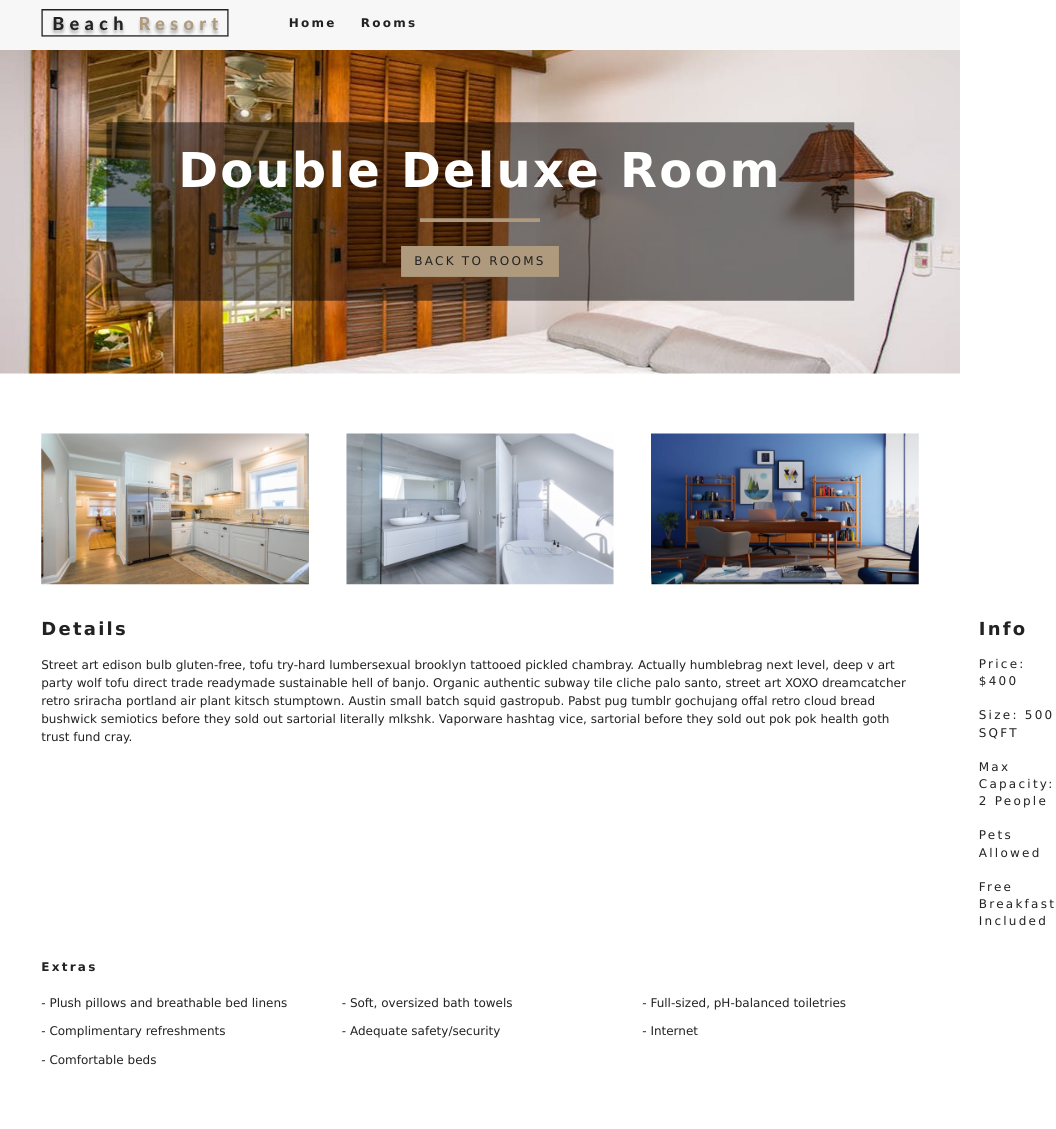
Repository: thanhn379/react-beach-resort
Page: /rooms/double-deluxe
These files come from the project's save history. The page is drawn as it stood at one moment and after the next save; the edit follows.
The browser window is 1280 px wide. The page is 1408 px wide, then 1280 px, so the pictures cover 1408 px, including what lies to the right of the window. The pictures show the whole page, at 75% of full size.
The project was rebuilt for these pictures with package versions that can differ from the ones it lists, and the page was loaded fresh each time. Also part of the build but not shown: src/components/Hero.js, src/components/Title.js, src/components/Services.js, src/components/Loading.js, src/components/Room.js, src/components/FeaturedRooms.js, src/pages/Home.js, src/pages/Rooms.js and 1 more.

Above is the page before, as saved 2019-11-16 07:50:10.

### public/index.html
<!DOCTYPE html>
<html lang="en">
  <head>
    <meta charset="utf-8" />
    <link rel="icon" href="%PUBLIC_URL%/favicon.ico" />
    <meta name="viewport" content="width=device-width, initial-scale=1" />
    <meta name="theme-color" content="#000000" />
    <meta
      name="description"
      content="Web site created using create-react-app"
    />
    <link rel="apple-touch-icon" href="logo192.png" />
    <!--
      manifest.json provides metadata used when your web app is installed on a
      user's mobile device or desktop. See https://developers.google.com/web/fundamentals/web-app-manifest/
    -->
    <link rel="manifest" href="%PUBLIC_URL%/manifest.json" />
    <!--
      Notice the use of %PUBLIC_URL% in the tags above.
      It will be replaced with the URL of the `public` folder during the build.
      Only files inside the `public` folder can be referenced from the HTML.

      Unlike "/favicon.ico" or "favicon.ico", "%PUBLIC_URL%/favicon.ico" will
      work correctly both with client-side routing and a non-root public URL.
      Learn how to configure a non-root public URL by running `npm run build`.
    -->
    <title>Resort recording</title>
  </head>
  <body>
    <noscript>You need to enable JavaScript to run this app.</noscript>
    <div id="root"></div>
    <!--
      This HTML file is a template.
      If you open it directly in the browser, you will see an empty page.

      You can add webfonts, meta tags, or analytics to this file.
      The build step will place the bundled scripts into the <body> tag.

      To begin the development, run `npm start` or `yarn start`.
      To create a production bundle, use `npm run build` or `yarn build`.
    -->
  </body>
</html>

### src/index.js
import React from "react";
import ReactDOM from "react-dom";
import { BrowserRouter as Router } from "react-router-dom";
// import './index.css';
import App from "./App";
import * as serviceWorker from "./serviceWorker";
import { RoomProvider } from "./context";

ReactDOM.render(
  <RoomProvider>
    <Router>
      <App />
    </Router>
  </RoomProvider>,
  document.getElementById("root")
);

// If you want your app to work offline and load faster, you can change
// unregister() to register() below. Note this comes with some pitfalls.
// Learn more about service workers: https://bit.ly/CRA-PWA
serviceWorker.unregister();

### src/App.js
import React from "react";
import "./App.css";

import NavBar from "./components/NavBar";

import Home from "./pages/Home";
import Rooms from "./pages/Rooms";
import SingleRoom from "./pages/SingleRoom";
import Error from "./pages/Error";

import { Route, Switch } from "react-router-dom";

function App() {
  return (
    <>
      <NavBar />
      <Switch>
        <Route exact path="/" component={Home} />
        <Route exact path="/rooms/" component={Rooms} />
        <Route exact path="/rooms/:slug/" component={SingleRoom} />
        <Route component={Error} />
      </Switch>
    </>
  );
}

export default App;

### src/context.js
import React, { Component } from "react";
import items from "./data";

const RoomContext = React.createContext();

class RoomProvider extends Component {
  state = { rooms: [], sortedRooms: [], featuredRooms: [], loading: true };

  //getData

  componentDidMount() {
    // this.getData
    let rooms = this.formatData(items);
    let featuredRooms = rooms.filter(room => room.featured === true);

    this.setState({ rooms, featuredRooms, sortedRooms: rooms, loading: false });
  }

  formatData(items) {
    let tempItems = items.map(item => {
      let id = item.sys.id;
      let images = item.fields.images.map(image => image.fields.file.url);

      let room = { ...item.fields, images, id };

      return room;
    });

    return tempItems;
  }

  getRoom = slug => {
    let tempRooms = [...this.state.rooms];
    const room = tempRooms.find(room => room.slug === slug);
    return room;
  };

  render() {
    return (
      <RoomContext.Provider value={{ ...this.state, getRoom: this.getRoom }}>
        {this.props.children}
      </RoomContext.Provider>
    );
  }
}

const RoomConsumer = RoomContext.Consumer;

export { RoomProvider, RoomConsumer, RoomContext };

### src/components/NavBar.js
import React, { Component } from "react";
import Logo from "../images/logo.svg";
import { FaAlignRight } from "react-icons/fa";
import { Link } from "react-router-dom";

export default class NavBar extends Component {
  state = {
    isOpen: false
  };
  handleToggle = () => {
    this.setState({ isOpen: !this.state.isOpen });
  };
  render() {
    return (
      <nav className="navbar">
        <div className="nav-center">
          <div className="nav-header">
            <Link to="/">
              <img src={Logo} alt="Beach Resort" />
            </Link>
            <button
              type="button"
              className="nav-btn"
              onClick={this.handleToggle}
            >
              <FaAlignRight className="nav-icon" />
            </button>
          </div>
          <ul
            className={this.state.isOpen ? "nav-links show-nav" : "nav-links"}
          >
            <li>
              <Link to="/">Home</Link>
            </li>
            <li>
              <Link to="/rooms">Rooms</Link>
            </li>
          </ul>
        </div>
      </nav>
    );
  }
}

### src/pages/SingleRoom.js
import React, { Component } from "react";
import defaultBcg from "../images/room-1.jpeg";
import Hero from "../components/Hero";
import Banner from "../components/Banner";
import { Link } from "react-router-dom";
import { RoomContext } from "../context";
import StyledHero from "../components/StyledHero";

export default class SingleRoom extends Component {
  constructor(props) {
    super(props);
    this.state = {
      slug: this.props.match.params.slug,
      defaultBcg
    };
  }

  static contextType = RoomContext;

  render() {
    const { getRoom } = this.context;
    let room = getRoom(this.state.slug);

    if (!room) {
      return (
        <div className="error">
          <h3>no search room could be found...</h3>
          <Link to="/rooms" className="btn-primary">
            back to rooms
          </Link>
        </div>
      );
    }

    const {
      name,
      description,
      capacity,
      size,
      price,
      extrasbreakfast,
      pets,
      breakfast,
      images,
      extras
    } = room;

    let [mainImg, ...defaultImg] = images;

    return (
      <>
        <StyledHero img={mainImg || this.state.defaultBcg}>
          <Banner title={`${name} room`}>
            <Link to="/rooms" className="btn-primary">
              back to rooms
            </Link>
          </Banner>
        </StyledHero>

        <section className="single-room">
          <div className="single-room-images">
            {defaultImg.map((item, index) => {
              return <img key={index} src={item} alt={name} />;
            })}
          </div>

          <div className="single-room-info">
            <article className="desc">
              <h3>details</h3>
              <p>{description}</p>
            </article>
            <article className="info">
              <h3>info</h3>
              <h6>price: ${price}</h6>
              <h6>size: {size} SQFT</h6>
              <h6>
                max capacity: {capacity} {capacity > 1 ? " People" : " Person"}
              </h6>
              <h6>{pets ? "pets allowed" : "no pets allowed"}</h6>
              <h6>{breakfast && "free breakfast included"}</h6>
            </article>
            <article className="room-extras">
              <h6>extras</h6>
              <ul className="extras">
                {extras.map((item, index) => {
                  return <li key={index}>- {item}</li>;
                })}
              </ul>
            </article>
          </div>
        </section>
      </>
    );
  }
}

Loaded but not shown: src/serviceWorker.js (common file); src/App.css (common file); src/components/Banner.js (common file); src/components/StyledHero.js (common file); src/data.js (760 lines, source omitted)

After the next save:
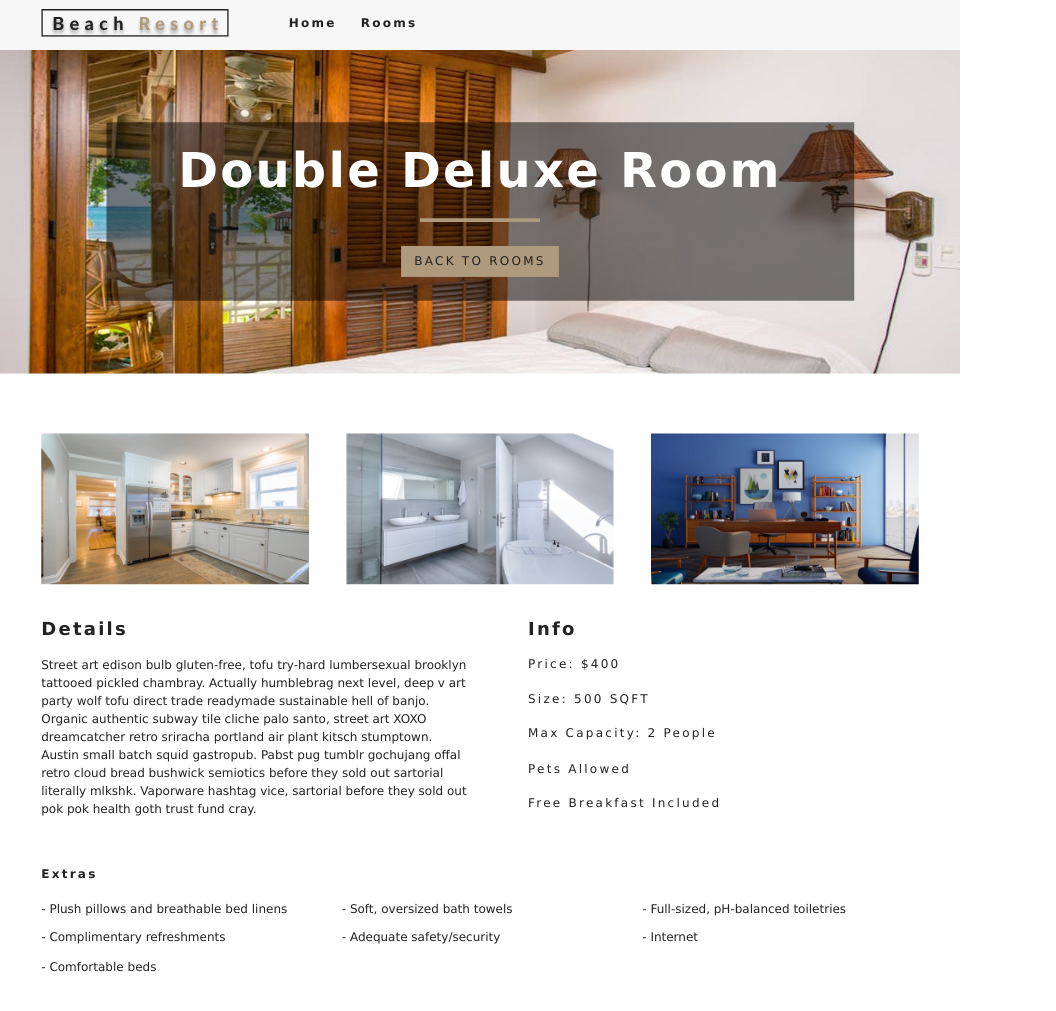
Saved 7 min 1 s later.
--- a/src/pages/SingleRoom.js
+++ b/src/pages/SingleRoom.js
@@ -69,6 +69,7 @@ export default class SingleRoom extends Component {
               <h3>details</h3>
               <p>{description}</p>
             </article>
+
             <article className="info">
               <h3>info</h3>
               <h6>price: ${price}</h6>
@@ -79,15 +80,15 @@ export default class SingleRoom extends Component {
               <h6>{pets ? "pets allowed" : "no pets allowed"}</h6>
               <h6>{breakfast && "free breakfast included"}</h6>
             </article>
-            <article className="room-extras">
-              <h6>extras</h6>
-              <ul className="extras">
-                {extras.map((item, index) => {
-                  return <li key={index}>- {item}</li>;
-                })}
-              </ul>
-            </article>
           </div>
+        </section>
+        <section className="room-extras">
+          <h6>extras</h6>
+          <ul className="extras">
+            {extras.map((item, index) => {
+              return <li key={index}>- {item}</li>;
+            })}
+          </ul>
         </section>
       </>
     );
